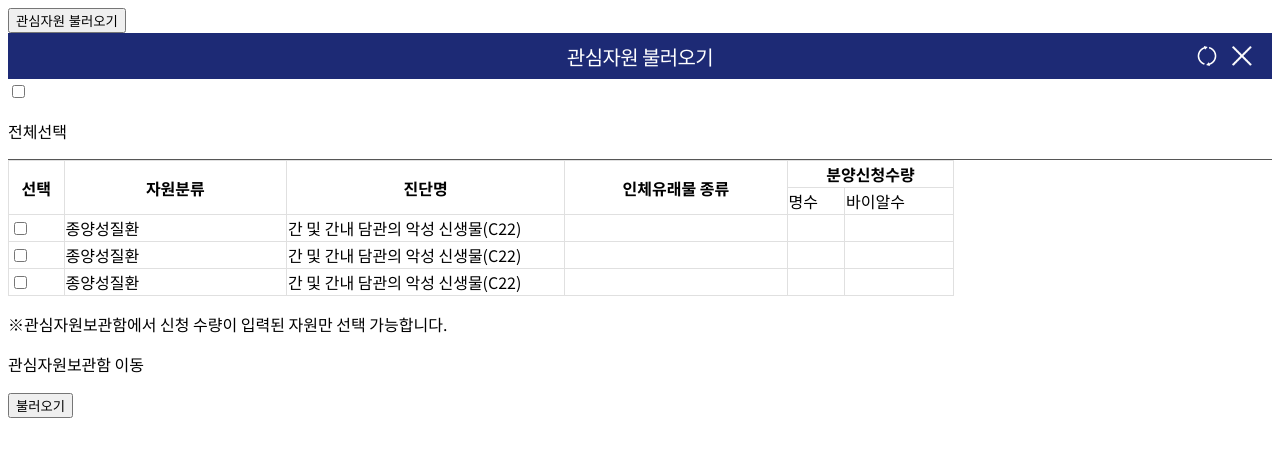
Repository: dlgywls1130/one_popup
Page: index.html
These files come from the project's save history. The page is drawn as it stood at one moment and after the next save; the edit follows.
The browser window is 1280 px wide. The pictures show the whole page.
Some web fonts or font styles are not loaded; a fallback is used.

Above is the page before, as saved 2023-10-25 00:17:09.

After the next save:
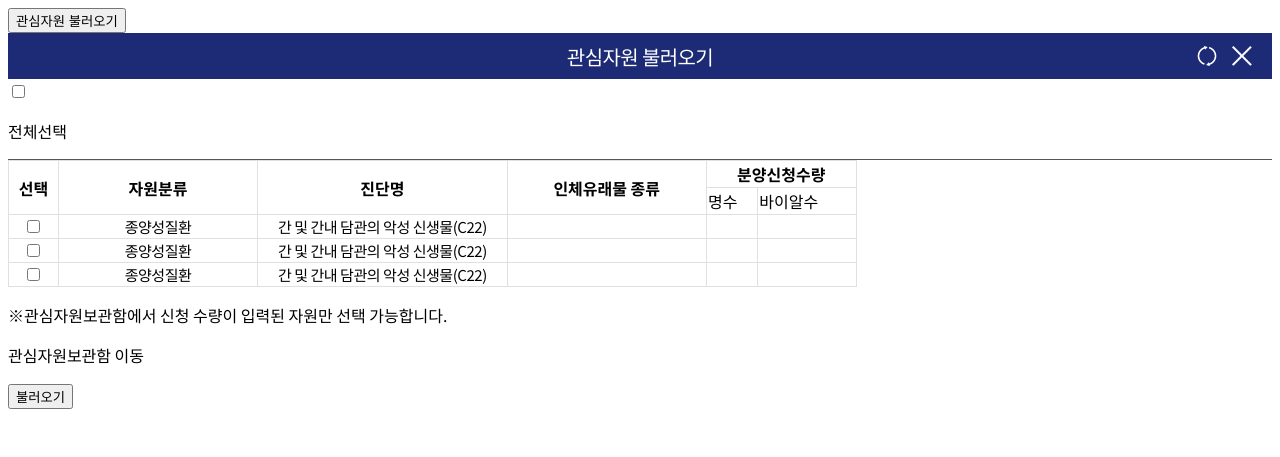
Saved 8 s later.
--- a/index.html
+++ b/index.html
@@ -6,6 +6,7 @@
     <title>관심자원</title>
 
     <link rel="stylesheet" href="./style.css">
+
 </head>
 <body>
     <button type="button">관심자원 불러오기</button>
@@ -43,7 +44,7 @@
                         <td>명수</td>
                         <td>바이알수</td>
                     </tr>
-                    <tr>
+                    <tr class="table_body_content">
                         <td><input type="checkbox" name="choice"></td>
                         <td>종양성질환</td>
                         <td>간 및 간내 담관의 악성 신생물(C22)</td>
@@ -51,7 +52,7 @@
                         <td></td>
                         <td></td>
                     </tr>
-                    <tr>
+                    <tr  class="table_body_content">
                         <td><input type="checkbox" name="choice"></td>
                         <td>종양성질환</td>
                         <td>간 및 간내 담관의 악성 신생물(C22)</td>
@@ -59,7 +60,7 @@
                         <td></td>
                         <td></td>
                     </tr>
-                    <tr>
+                    <tr  class="table_body_content">
                         <td><input type="checkbox" name="choice"></td>
                         <td>종양성질환</td>
                         <td>간 및 간내 담관의 악성 신생물(C22)</td>
